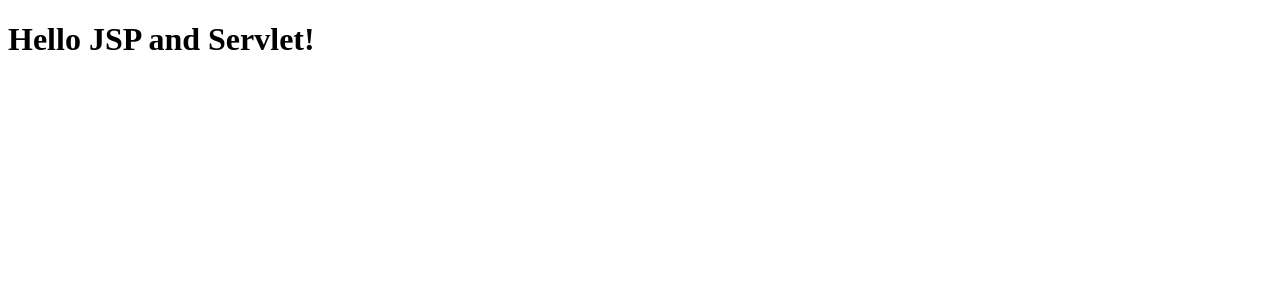
Repository: BDL-Solutions/Sorveteria
Page: http://localhost/Sorveteria/
An editor plug-in stored every save of this project. The page is shown before and after the next save, followed by the edit.
The browser window is 1280 px wide. The pictures show the whole page.
The page is served by Tomcat 10.

Above is the page before, as saved 2023-11-19 23:26:56.

After the next save:
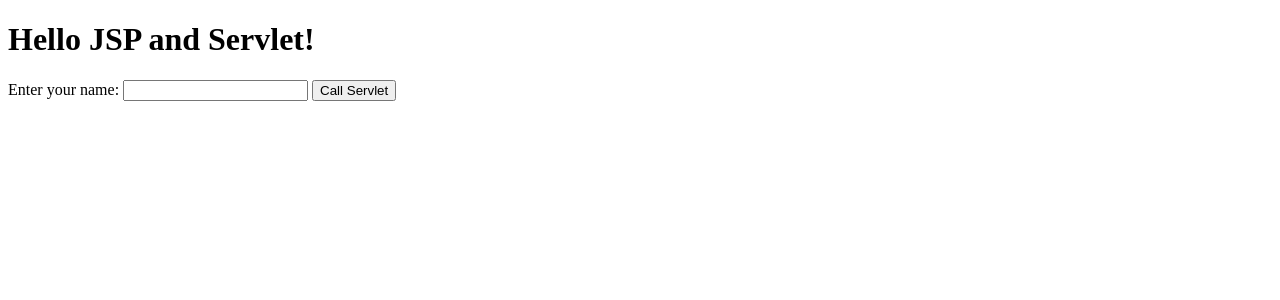
Saved 20 min 1 s later.
--- a/Sorveteria/src/main/webapp/index.jsp
+++ b/Sorveteria/src/main/webapp/index.jsp
@@ -8,5 +8,9 @@
 </head>
 <body>
     <h1>Hello JSP and Servlet!</h1>
+<form action="helloServlet" method="post">
+    Enter your name: <input type="text" name="yourName" size="20">
+    <input type="submit" value="Call Servlet" />
+</form>
 </body>
 </html>
